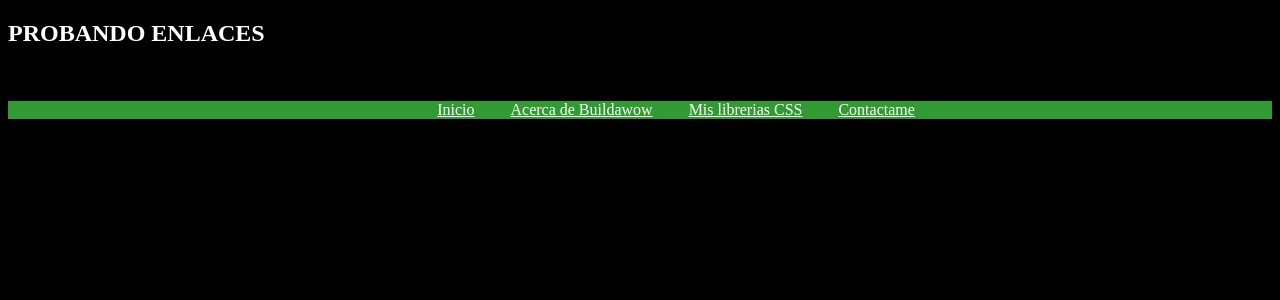
Repository: pabloestradagt/proyectobootstrap
Page: css/principal.html
The author's editor kept a record of every edit. The page is drawn from the files as they stood at one moment, then again after the next edit.
The browser window is 1280 px wide. The pictures show the whole page.

Above is the page before.

After the next edit:
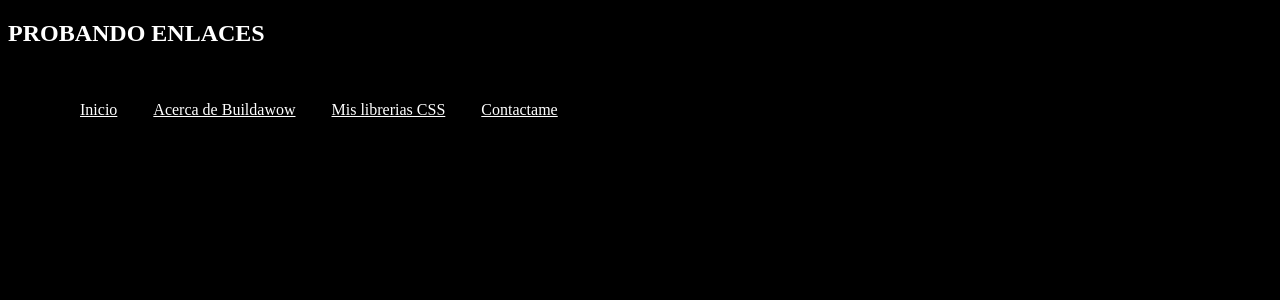
The edit:
--- a/css/principal.html
+++ b/css/principal.html
@@ -10,7 +10,7 @@
     <body>
         <h2>PROBANDO ENLACES</h2>
         <br>
-            <div id="centro">
+            <div>
                 <ul>
                     <li><a href="menu.html">Inicio</a></li>
                     <li><a href="acerca.html">Acerca de Buildawow</a></li>
